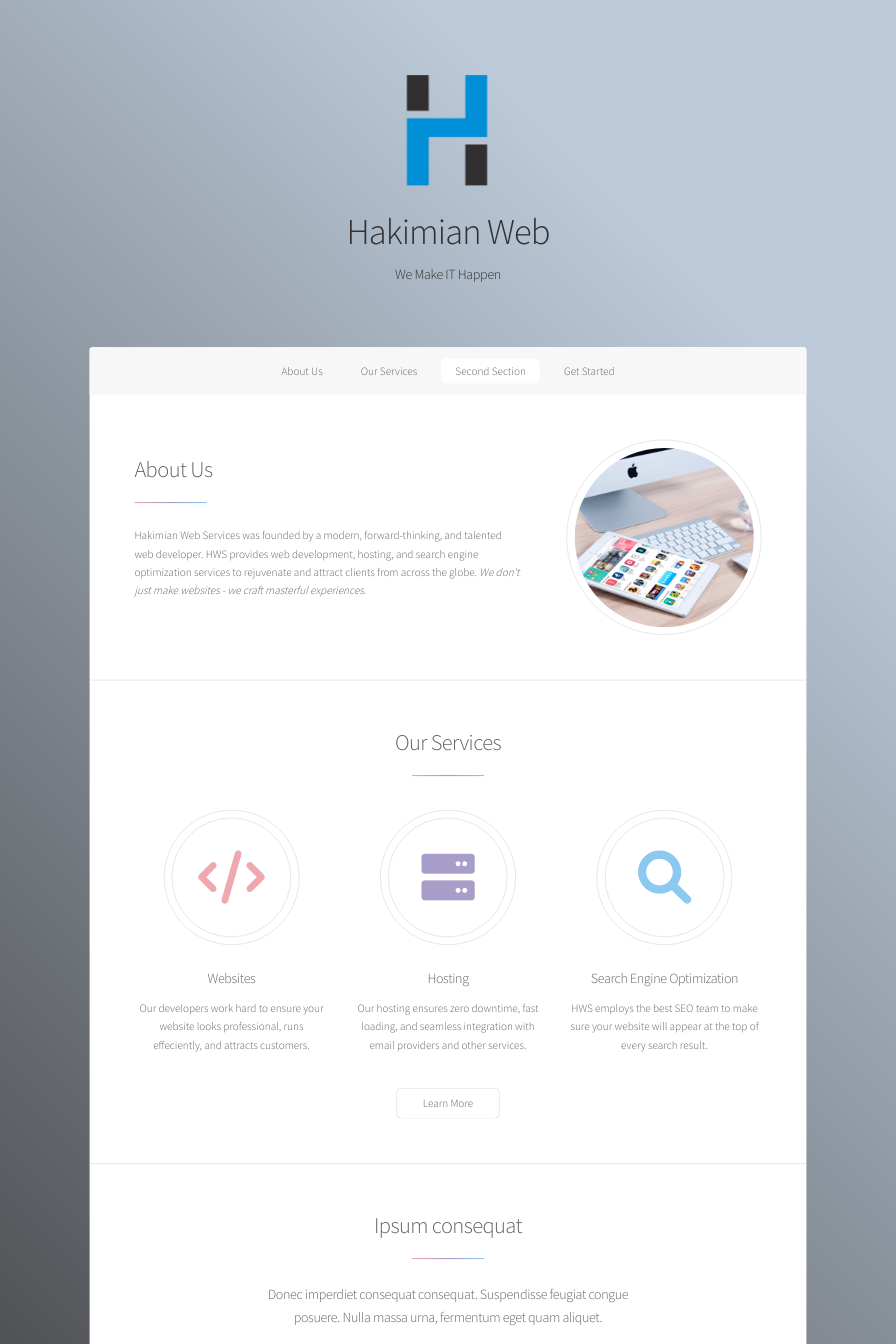
Repository: AidanHak/hakimianweb
Page: index.html
An editor plug-in stored every save of this project. The page is shown before and after the next save, followed by the edit.
The browser window is 1280 px wide. The pictures show the part of the page from y = 0 to 1920 px (the page is 3340 px tall before and 2478 px after), at 70% of full size.

Above is the page before, as saved 2022-03-12 22:00:39.

### index.html
<!DOCTYPE HTML>
<!--
	Stellar by HTML5 UP
	html5up.net | @ajlkn
	Free for personal and commercial use under the CCA 3.0 license (html5up.net/license)
-->
<html lang="en">
	<head>
		<meta charset="utf-8" />
		<meta name="viewport" content="width=device-width" />

		<title>Hakimian Web Services</title>
		<meta name="description" content="We Make IT Happen">
		<meta name="author" content="Hakimian Web Services">

		<meta property="og:title" content="Hakimian Web Services">
		<meta property="og:type" content="website">
		<meta property="og:url" content="https://hakimianweb.com/">
		<meta property="og:description" content="We Make IT Happen">
		<meta property="og:image" content="https://hakimianweb.com/images/open-graph.png">
		<meta property="og:image:secure_url" content="https://hakimianweb.com/images/open-graph.png" />
		<meta property="og:image:type" content="image/png" />
		<meta property="og:image:width" content="2560">
		<meta property="og:image:height" content="2560">
		<meta property="og:image:alt" content="Hakimian Web Services" />

		<meta property="twitter:image" content="https://hakimianweb.com/images/open-graph.png"  />

		<link rel="apple-touch-icon" sizes="180x180" href="/apple-touch-icon.png">
		<link rel="icon" type="image/png" sizes="32x32" href="/favicon-32x32.png">
		<link rel="icon" type="image/png" sizes="16x16" href="/favicon-16x16.png">
		<link rel="manifest" href="/site.webmanifest">

		<link href="assets/css/fontawesome-all.min.css" rel="stylesheet">

		<link rel="preconnect" href="https://fonts.googleapis.com">
		<link rel="preconnect" href="https://fonts.gstatic.com" crossorigin>
		<link href="https://fonts.googleapis.com/css2?family=Source+Sans+Pro:wght@300;400&display=swap" rel="stylesheet">

		<link rel="stylesheet" href="assets/css/main.css" />
		<noscript><link rel="stylesheet" href="assets/css/noscript.css" /></noscript>
	</head>
	<body class="is-preload">

		<!-- Wrapper -->
			<div id="wrapper">

				<!-- Header -->
					<header id="header" class="alt">
						<span class="logo"><img src="images/logo.png" alt="Logo" /></span>
						<h1>Hakimian Web</h1>
						<p>We Make IT Happen</p>
					</header>

				<!-- Nav -->
					<nav id="nav">
						<ul>
							<li><a href="#intro" class="active">About Us</a></li>
							<li><a href="#first">Our Services</a></li>
							<li><a href="#second">Second Section</a></li>
							<li><a href="#cta">Get Started</a></li>
						</ul>
					</nav>

				<!-- Main -->
					<div id="main">

						<!-- Introduction -->
							<section id="intro" class="main">
								<div class="spotlight">
									<div class="content">
										<header class="major">
											<h2>About Us</h2>
										</header>
										<p>Hakimian Web Services was founded by a modern, forward-thinking, and talented web developer. HWS provides web development, hosting, and search engine optimization services to rejuvenate and attract clients from across the globe. <span class="italic">We don't just make websites - we craft masterful experiences</span>.</p>
										<div class="hidden">
											<ul class="actions">
												<li><a href="generic.html" class="button">Learn More</a></li>
											</ul>
										</div>
									</div>
									<span class="image"><img src="images/about-us.jpg" alt="" /></span>
								</div>
							</section>

						<!-- First Section -->
							<section id="first" class="main special">
								<header class="major">
									<h2>Our Services</h2>
								</header>
								<ul class="features">
									<li>
										<span class="icon solid major style1 fa-code"></span>
										<h3>Websites</h3>
										<p>Our developers work hard to ensure your website looks professional, runs effeciently, and attracts customers.</p>
									</li>
									<li>
										<span class="icon solid major style3 fa-server"></span>
										<h3>Hosting</h3>
										<p>Our hosting ensures zero downtime, fast loading, and seamless integration with email providers and other services.</p>
									</li>
									<li>
										<span class="icon solid major style5 fa-search"></span>
										<h3>Search Engine Optimization</h3>
										<p>HWS employs the best SEO team to make sure your website will appear at the top of every search result.</p>
									</li>
								</ul>
								<footer class="major">
									<ul class="actions special">
										<li><a href="generic.html" class="button">Learn More</a></li>
									</ul>
								</footer>
							</section>

						<!-- Second Section -->
							<section id="second" class="main special">
								<header class="major">
									<h2>Ipsum consequat</h2>
									<p>Donec imperdiet consequat consequat. Suspendisse feugiat congue<br />
									posuere. Nulla massa urna, fermentum eget quam aliquet.</p>
								</header>
								<ul class="statistics">
									<li class="style1">
										<span class="icon solid fa-code-branch"></span>
										<strong>5,120</strong> Etiam
									</li>
									<li class="style2">
										<span class="icon fa-folder-open"></span>
										<strong>8,192</strong> Magna
									</li>
									<li class="style3">
										<span class="icon solid fa-signal"></span>
										<strong>2,048</strong> Tempus
									</li>
									<li class="style4">
										<span class="icon solid fa-laptop"></span>
										<strong>4,096</strong> Aliquam
									</li>
									<li class="style5">
										<span class="icon fa-gem"></span>
										<strong>1,024</strong> Nullam
									</li>
								</ul>
								<p class="content">Nam elementum nisl et mi a commodo porttitor. Morbi sit amet nisl eu arcu faucibus hendrerit vel a risus. Nam a orci mi, elementum ac arcu sit amet, fermentum pellentesque et purus. Integer maximus varius lorem, sed convallis diam accumsan sed. Etiam porttitor placerat sapien, sed eleifend a enim pulvinar faucibus semper quis ut arcu. Ut non nisl a mollis est efficitur vestibulum. Integer eget purus nec nulla mattis et accumsan ut magna libero. Morbi auctor iaculis porttitor. Sed ut magna ac risus et hendrerit scelerisque. Praesent eleifend lacus in lectus aliquam porta. Cras eu ornare dui curabitur lacinia.</p>
								<footer class="major">
									<ul class="actions special">
										<li><a href="generic.html" class="button">Learn More</a></li>
									</ul>
								</footer>
							</section>

						<!-- Get Started -->
							<section id="cta" class="main special">
								<header class="major">
									<h2>Congue imperdiet</h2>
									<p>Donec imperdiet consequat consequat. Suspendisse feugiat congue<br />
									posuere. Nulla massa urna, fermentum eget quam aliquet.</p>
								</header>
								<footer class="major">
									<ul class="actions special">
										<li><a href="generic.html" class="button primary">Get Started</a></li>
										<li><a href="generic.html" class="button">Learn More</a></li>
									</ul>
								</footer>
							</section>

					</div>

				<!-- Footer -->
					<footer id="footer">
						<section>
							<h2>Aliquam sed mauris</h2>
							<p>Sed lorem ipsum dolor sit amet et nullam consequat feugiat consequat magna adipiscing tempus etiam dolore veroeros. eget dapibus mauris. Cras aliquet, nisl ut viverra sollicitudin, ligula erat egestas velit, vitae tincidunt odio.</p>
							<ul class="actions">
								<li><a href="generic.html" class="button">Learn More</a></li>
							</ul>
						</section>
						<section>
							<h2>Contact Us</h2>
							<dl class="alt">
								<dt>Address</dt>
								<dd>90 Candy Lane &bull; Great Neck, NY 11023 &bull; USA</dd>
								<dt>Phone</dt>
								<dd><a href="tel:+15168505064">(516) 850-5064</a></dd>
								<dt>Email</dt>
								<dd><a href="mailto:support@hakimianweb.com">support@hakimianweb.com</a></dd>
							</dl>
							<ul class="icons">
								<li><a href="https://twitter.com/HakimianWeb" class="icon brands fa-twitter alt"><span class="label">Twitter</span></a></li>
								<li><a href="https://www.facebook.com/Hakimian-Web-Services-HWS-102713925694278/" class="icon brands fa-facebook-f alt"><span class="label">Facebook</span></a></li>
								<li><a href="https://www.instagram.com/hakimianweb/" class="icon brands fa-instagram alt"><span class="label">Instagram</span></a></li>
							</ul>
						</section>
						<p class="copyright">&copy; Hakimian Web Services. Design: <a href="https://html5up.net">HTML5 UP</a>.</p>
					</footer>

			</div>

		<!-- Scripts -->
		<script src="assets/js/jquery.min.js"></script>
		<script src="assets/js/jquery.scrollex.min.js"></script>
		<script src="assets/js/jquery.scrolly.min.js"></script>
		<script src="assets/js/browser.min.js"></script>
		<script src="assets/js/breakpoints.min.js"></script>
		<script src="assets/js/util.js"></script>
		<script src="assets/js/main.js"></script>

		<!-- Messenger Chat Plugin Code -->
		<div id="fb-root"></div>

		<!-- Your Chat Plugin code -->
		<div id="fb-customer-chat" class="fb-customerchat">
		</div>

		<script>
		var chatbox = document.getElementById('fb-customer-chat');
		chatbox.setAttribute("page_id", "102713925694278");
		chatbox.setAttribute("attribution", "biz_inbox");
		</script>

		<!-- Your SDK code -->
		<script>
		window.fbAsyncInit = function() {
			FB.init({
			xfbml            : true,
			version          : 'v13.0'
			});
		};

		(function(d, s, id) {
			var js, fjs = d.getElementsByTagName(s)[0];
			if (d.getElementById(id)) return;
			js = d.createElement(s); js.id = id;
			js.src = 'https://connect.facebook.net/en_US/sdk/xfbml.customerchat.js';
			fjs.parentNode.insertBefore(js, fjs);
		}(document, 'script', 'facebook-jssdk'));
		</script>
	</body>
</html>

Loaded but not shown: assets/css/fontawesome-all.min.css (library); assets/js/jquery.min.js (library); assets/js/jquery.scrollex.min.js (common file); assets/js/jquery.scrolly.min.js (common file); assets/js/browser.min.js (common file); assets/js/breakpoints.min.js (common file); assets/js/util.js (587 lines, source omitted); assets/js/main.js (123 lines, source omitted); assets/css/main.css (3797 lines, source omitted)

After the next save:
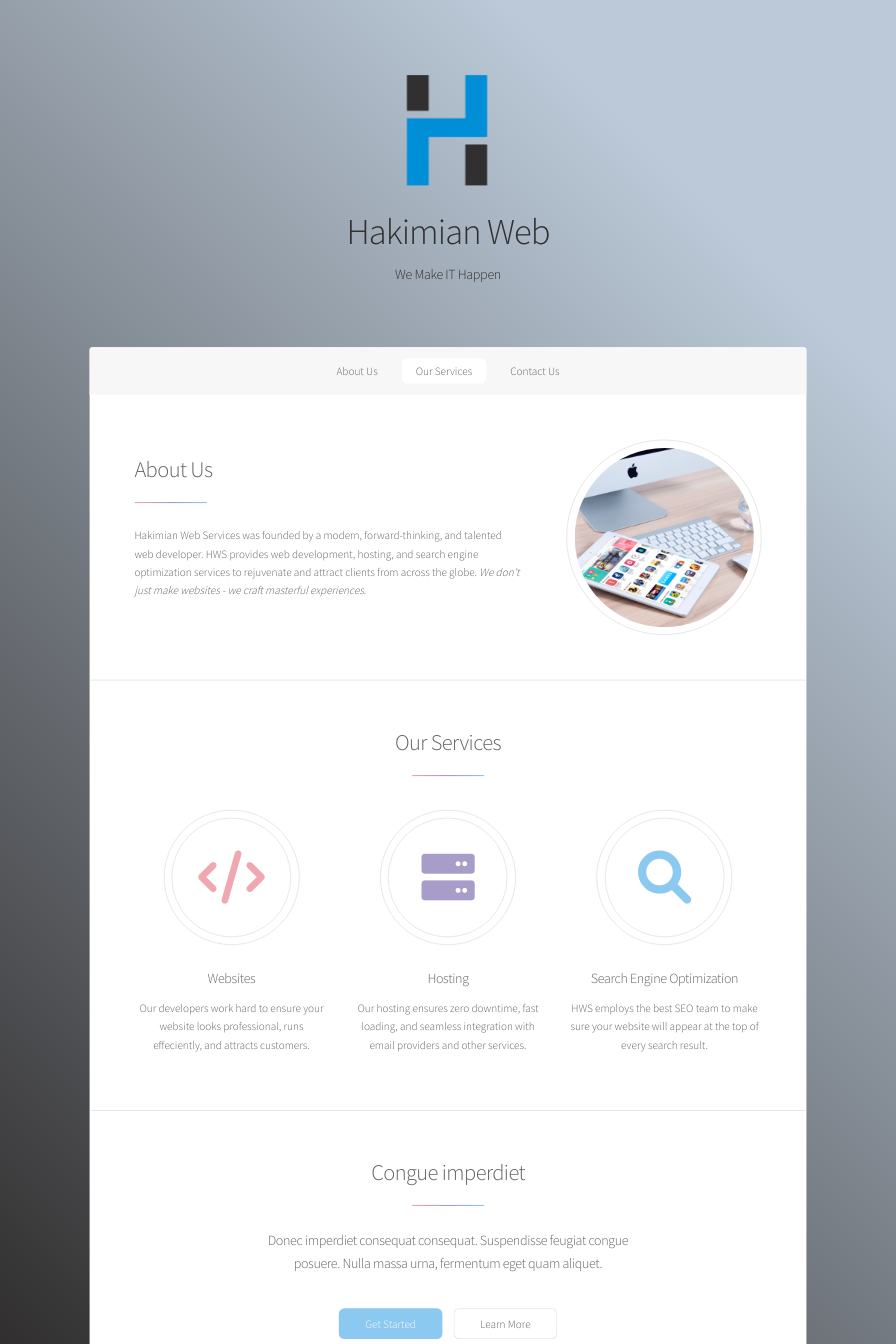
Saved 80 s later.
--- a/index.html
+++ b/index.html
@@ -57,8 +57,7 @@
 						<ul>
 							<li><a href="#intro" class="active">About Us</a></li>
 							<li><a href="#first">Our Services</a></li>
-							<li><a href="#second">Second Section</a></li>
-							<li><a href="#cta">Get Started</a></li>
+							<li><a href="#cta">Contact Us</a></li>
 						</ul>
 					</nav>
 
@@ -105,48 +104,13 @@
 										<p>HWS employs the best SEO team to make sure your website will appear at the top of every search result.</p>
 									</li>
 								</ul>
-								<footer class="major">
-									<ul class="actions special">
-										<li><a href="generic.html" class="button">Learn More</a></li>
-									</ul>
-								</footer>
-							</section>
-
-						<!-- Second Section -->
-							<section id="second" class="main special">
-								<header class="major">
-									<h2>Ipsum consequat</h2>
-									<p>Donec imperdiet consequat consequat. Suspendisse feugiat congue<br />
-									posuere. Nulla massa urna, fermentum eget quam aliquet.</p>
-								</header>
-								<ul class="statistics">
-									<li class="style1">
-										<span class="icon solid fa-code-branch"></span>
-										<strong>5,120</strong> Etiam
-									</li>
-									<li class="style2">
-										<span class="icon fa-folder-open"></span>
-										<strong>8,192</strong> Magna
-									</li>
-									<li class="style3">
-										<span class="icon solid fa-signal"></span>
-										<strong>2,048</strong> Tempus
-									</li>
-									<li class="style4">
-										<span class="icon solid fa-laptop"></span>
-										<strong>4,096</strong> Aliquam
-									</li>
-									<li class="style5">
-										<span class="icon fa-gem"></span>
-										<strong>1,024</strong> Nullam
-									</li>
-								</ul>
-								<p class="content">Nam elementum nisl et mi a commodo porttitor. Morbi sit amet nisl eu arcu faucibus hendrerit vel a risus. Nam a orci mi, elementum ac arcu sit amet, fermentum pellentesque et purus. Integer maximus varius lorem, sed convallis diam accumsan sed. Etiam porttitor placerat sapien, sed eleifend a enim pulvinar faucibus semper quis ut arcu. Ut non nisl a mollis est efficitur vestibulum. Integer eget purus nec nulla mattis et accumsan ut magna libero. Morbi auctor iaculis porttitor. Sed ut magna ac risus et hendrerit scelerisque. Praesent eleifend lacus in lectus aliquam porta. Cras eu ornare dui curabitur lacinia.</p>
-								<footer class="major">
-									<ul class="actions special">
-										<li><a href="generic.html" class="button">Learn More</a></li>
-									</ul>
-								</footer>
+								<div class="hidden">
+									<footer class="major">
+										<ul class="actions special">
+											<li><a href="generic.html" class="button">Learn More</a></li>
+										</ul>
+									</footer>
+								</div>
 							</section>
 
 						<!-- Get Started -->
